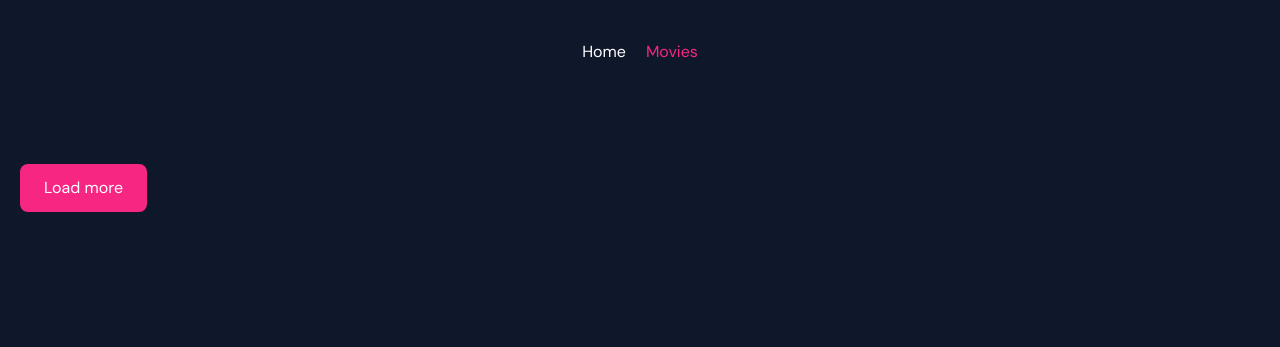
Repository: thanhdinh01/simple-movie
Page: /movies
An editor plug-in stored every save of this project. The page is shown before and after the next save, followed by the edit.
The browser window is 1280 px wide. The pictures show the whole page.
The page's requests for data from a server got no answer. The project was rebuilt for these pictures with package versions that can differ from the ones it lists, and the page was loaded fresh each time. No one was signed in, and anything a server would have sent is missing. Also part of the build but not shown: src/components/banner/Banner.js.

Above is the page before, as saved 2023-03-09 12:13:59.

### public/index.html
<!DOCTYPE html>
<html lang="en">
  <head>
    <meta charset="utf-8" />
    <link rel="icon" href="%PUBLIC_URL%/favicon.ico" />
    <meta name="viewport" content="width=device-width, initial-scale=1" />
    <meta name="theme-color" content="#000000" />
    <meta
      name="description"
      content="Web site created using create-react-app"
    />
    <link rel="apple-touch-icon" href="%PUBLIC_URL%/logo192.png" />
    <!--
      manifest.json provides metadata used when your web app is installed on a
      user's mobile device or desktop. See https://developers.google.com/web/fundamentals/web-app-manifest/
    -->
    <link rel="manifest" href="%PUBLIC_URL%/manifest.json" />
    <link rel="preconnect" href="https://fonts.googleapis.com" />
    <link rel="preconnect" href="https://fonts.gstatic.com" crossorigin />
    <link
      href="https://fonts.googleapis.com/css2?family=DM+Sans:wght@400;500;700&display=swap"
      rel="stylesheet"
    />
    <!--
      Notice the use of %PUBLIC_URL% in the tags above.
      It will be replaced with the URL of the `public` folder during the build.
      Only files inside the `public` folder can be referenced from the HTML.

      Unlike "/favicon.ico" or "favicon.ico", "%PUBLIC_URL%/favicon.ico" will
      work correctly both with client-side routing and a non-root public URL.
      Learn how to configure a non-root public URL by running `npm run build`.
    -->
    <title>React App</title>
  </head>
  <body>
    <noscript>You need to enable JavaScript to run this app.</noscript>
    <div id="root"></div>
    <!--
      This HTML file is a template.
      If you open it directly in the browser, you will see an empty page.

      You can add webfonts, meta tags, or analytics to this file.
      The build step will place the bundled scripts into the <body> tag.

      To begin the development, run `npm start` or `yarn start`.
      To create a production bundle, use `npm run build` or `yarn build`.
    -->
  </body>
</html>

### src/index.scss
@tailwind base;
@tailwind components;
@tailwind utilities;

@layer base {
  body {
    @apply bg-slate-900 font-thanh px-5 text-white;
  }
}

@layer components {
  .page-container {
    max-width: 1280px;
    @apply mx-auto;
  }

  .movie-list .swiper-slide {
    width: 300px;
    height: auto;
  }

  .banner .swiper {
    height: 100%;
  }

  .pagination {
    display: flex;
    justify-content: center;
    align-items: center;
    gap: 20px;
    .selected {
      @apply text-primary;
    }
  }

  .skeleton {
    cursor: progress;
    background: linear-gradient(0.25turn, transparent, #fff, transparent),
      linear-gradient(#eee, #eee),
      radial-gradient(38px circle at 19px 19px, #eee 50%, transparent 51%),
      linear-gradient(#eee, #eee);
    background-repeat: no-repeat;
    background-position: -315px 0, 0 0, 0px 190px, 50px 195px;
    animation: loading 1.5s infinite;
  }
  @keyframes loading {
    to {
      background-position: 315px 0, 0 0, 0 190px, 50px 195px;
    }
  }
}

### src/App.js
import { Fragment, React, lazy, Suspense } from "react";
import "swiper/scss";
import Banner from "./components/banner/Banner";
import { Route, Routes } from "react-router-dom";
import Main from "./components/layout/Main";
// import HomePage from "./pages/HomePage";
// import MoviePage from "./pages/MoviePage";
// import MovieDetailPage from "./pages/MovieDetailPage";
const HomePage = lazy(() => import("./pages/HomePage"));
const MoviePageLoadmore = lazy(() => import("./pages/MoviePageLoadmore"));
const MovieDetailPage = lazy(() => import("./pages/MovieDetailPage"));

function App() {
  return (
    <Fragment>
      <Suspense fallback={<div>Loading...</div>}>
        <Routes>
          <Route element={<Main></Main>}>
            <Route
              path="/"
              element={
                <>
                  <Banner></Banner>
                  <HomePage></HomePage>
                </>
              }
            ></Route>
            <Route
              path="/movies"
              element={<MoviePageLoadmore></MoviePageLoadmore>}
            ></Route>
            <Route
              path="/movie/:movieId"
              element={<MovieDetailPage></MovieDetailPage>}
            ></Route>
          </Route>
        </Routes>
      </Suspense>
    </Fragment>
  );
}

export default App;

### src/components/layout/Main.js
import React, { Fragment } from "react";
import { Outlet } from "react-router";
import Header from "./Header";

const Main = () => {
  return (
    <Fragment>
      <Header></Header>
      <Outlet></Outlet>
    </Fragment>
  );
};

export default Main;

### src/pages/MoviePageLoadmore.js
import React, { useEffect, useState } from "react";
import { fetcher, tmdbBase } from "../config";
import useSWR from "swr";
import MovieCard, { SkeletonLoading } from "../components/movie/MovieCard";
import useDebounce from "../hooks/useDebounce";
import ReactPaginate from "react-paginate";
import { v4 as uuidV4 } from "uuid";
import useSWRInfinite from "swr/infinite";
import Button from "../components/button/Button";

const itemsPerPage = 20;

const MoviePageLoadmore = () => {
  const [filter, setFilter] = useState("");
  const [nextPage, setNextPage] = useState(1);
  const [url, setUrl] = useState(tmdbBase.apiMovieList("popular"));
  let debounceValue = useDebounce(filter, 500);

  // const { data, error } = useSWR(url, fetcher);
  const { data, error, size, setSize } = useSWRInfinite(
    (index) => url.replace("page=1", `page=${index + 1}`),
    fetcher
  );
  console.log("data", data);
  const movies = data
    ? data.reduce((a, b) => {
        return a.concat(b.results);
      }, [])
    : [];
  console.log("movies", movies);

  useEffect(() => {
    if (debounceValue) {
      setUrl(
        `https://api.themoviedb.org/3/search/movie?api_key=3ebac7519711ebbec5fcfb8abd2d5d99&query=${debounceValue}&page=${nextPage}`
      );
    } else {
      setUrl(tmdbBase.apiMovieList("popular", nextPage));
    }
  }, [debounceValue, nextPage]);

  const [valueInput, setValueInput] = useState("");
  const handleChangeSearch = (e) => {
    console.log("value:", e.target.value);
    // setFilter(e.target.value);
    setValueInput(e.target.value);
  };

  const handleClickSearch = (e) => {
    e.preventDefault();
    console.log("click:", valueInput);
    setFilter(valueInput);
  };

  const loading = !data && !error;

  // if (!data) return null;
  return (
    <div className="page-container py-10">
      {/* <form className="flex mb-10">
        <div className="flex-1">
          <input
            type="text"
            placeholder="Type here to search ..."
            className="w-full outline-none bg-slate-800 p-4 text-white"
            onChange={handleChangeSearch}
          />
        </div>
        <button
          type="submit"
          className="p-4 bg-primary text-white"
          onClick={handleClickSearch}
        >
          <svg
            xmlns="http://www.w3.org/2000/svg"
            fill="none"
            viewBox="0 0 24 24"
            strokeWidth="1.5"
            stroke="currentColor"
            className="w-6 h-6"
          >
            <path
              strokeLinecap="round"
              strokeLinejoin="round"
              d="M21 21l-5.197-5.197m0 0A7.5 7.5 0 105.196 5.196a7.5 7.5 0 0010.607 10.607z"
            />
          </svg>
        </button>
      </form>
      {loading && (
        <>
          <div className="flex justify-center items-center mx-auto h-10 w-10 rounded-full border-8 border-primary border-t-transparent animate-spin"></div>
          <div className="grid grid-cols-4 gap-10 text-white mt-10">
            {new Array(itemsPerPage).fill(0).map((item) => (
              <SkeletonLoading key={uuidV4()}></SkeletonLoading>
            ))}
          </div>
        </>
      )}
      {!loading && (
        <div className="grid grid-cols-4 gap-10 text-white mt-10">
          {movies?.length > 0 &&
            movies.map((item) => (
              <MovieCard key={item.id} item={item}></MovieCard>
            ))}
        </div>
      )} */}

      {/* Load more code below */}
      <Button onClick={() => setSize(size + 1)}>Load more</Button>
    </div>
  );
};

export default MoviePageLoadmore;

### src/config.js
export const fetcher = (...args) => fetch(...args).then((res) => res.json());
export const apiKey = "3ebac7519711ebbec5fcfb8abd2d5d99";

export const tmdbBase = {
  apiMovieList: (type, page = 1) =>
    `https://api.themoviedb.org/3/movie/${type}?api_key=${apiKey}&page=${page}`,

  apiMovieId: (movieId) =>
    `https://api.themoviedb.org/3/movie/${movieId}?api_key=${apiKey}`,

  apiMovieMeta: (movieId, type) =>
    `https://api.themoviedb.org/3/movie/${movieId}/${type}?api_key=${apiKey}`,

  apiImage: (sizeImage, pathImage) =>
    `https://image.tmdb.org/t/p/${sizeImage}/${pathImage}`,
};
//https://api.themoviedb.org/3/movie/${movieId}?api_key=${apiKey}

### src/components/button/Button.js
import React from "react";

const Button = ({
  onClick,
  children,
  className = "",
  bgColor = "primary",
  full = false,
}) => {
  let bgClassName = "bg-primary";
  switch (bgColor) {
    case "primary":
      bgClassName = "bg-primary";
      break;
    case "secondary":
      bgClassName = "bg-second";
      break;
    default:
      break;
  }
  return (
    <button
      className={`py-3 px-6 ${
        full ? "w-full" : ""
      } ${bgClassName} rounded-lg mt-auto ${className}`}
      onClick={onClick}
    >
      {children}
    </button>
  );
};

export default Button;

### src/components/layout/Header.js
import React from "react";
import { NavLink } from "react-router-dom";

const Header = () => {
  return (
    <header className="header flex items-center justify-center gap-x-5 py-10 mb-5 text-white">
      <NavLink
        to="/"
        className={({ isActive }) => (isActive ? "text-primary" : "text-white")}
      >
        Home
      </NavLink>
      <NavLink
        to="/movies"
        className={({ isActive }) => (isActive ? "text-primary" : "text-white")}
      >
        Movies
      </NavLink>
    </header>
  );
};

export default Header;

### src/hooks/useDebounce.js
import { useEffect, useState } from "react";

export default function useDebounce(value = "", delay = 1000) {
  const [debouncedValue, setDebouncedValue] = useState(value);

  useEffect(() => {
    const timer = setTimeout(() => setDebouncedValue(value), delay || 500);

    return () => {
      clearTimeout(timer);
    };
  }, [value, delay]);

  return debouncedValue;
}

### tailwind.config.js
/** @type {import('tailwindcss').Config} */
module.exports = {
  content: ["./src/**/*.{js,jsx,ts,tsx}"],
  theme: {
    extend: {
      fontFamily: {
        thanh: ["DM sans", "sans-serif"],
      },
      colors: {
        primary: "#F62682",
        second: "#5f27cd",
      },
    },
  },
  plugins: [],
};

### src/components/movie/MovieCard.js
import React from "react";
import { useNavigate } from "react-router-dom";
import Button from "../button/Button";
import PropTypes from "prop-types";
import Skeleton from "../loading/Skeleton";

const MovieCard = ({ item }) => {
  const navigate = useNavigate();
  const { title, vote_average, release_date, poster_path, id } = item;
  return (
    <div className="movie-card p-3 flex flex-col rounded-lg bg-slate-800 select-none h-full">
      <img
        src={`https://image.tmdb.org/t/p/w500/${poster_path}`}
        alt=""
        className="w-full h-[250px] object-cover rounded-lg mb-5"
      />
      <div className="flex flex-col flex-1">
        <h3 className="text-xl font-bold mb-5">{title}</h3>
        <div className="flex items-center justify-between opacity-50 mb-5">
          <span className="">{new Date(release_date).getFullYear()}</span>
          <span className="">{vote_average}</span>
        </div>
        <Button onClick={() => navigate(`/movie/${id}`)} bgColor="secondary">
          Watch now
        </Button>
      </div>
    </div>
  );
};

export const SkeletonLoading = () => {
  return (
    <div className="movie-card p-3 flex flex-col rounded-lg bg-slate-800 select-none h-full">
      <Skeleton height="250px" radius="8px"></Skeleton>
      <div className="flex flex-col flex-1 mt-5">
        <h3>
          <Skeleton height="20px" radius="8px"></Skeleton>
        </h3>
        <div className="flex items-center justify-between opacity-50 my-2">
          <span>
            <Skeleton height="20px" width="30px" radius="2px"></Skeleton>
          </span>
          <span>
            <Skeleton height="20px" width="30px" radius="2px"></Skeleton>
          </span>
        </div>
        <Skeleton height="40px" radius="8px"></Skeleton>
      </div>
    </div>
  );
};

MovieCard.propTypes = {
  item: PropTypes.shape({
    title: PropTypes.string,
    vote_average: PropTypes.number,
    release_date: PropTypes.string,
    poster_path: PropTypes.string,
    id: PropTypes.number,
  }),
};

export default MovieCard;

### src/components/loading/Skeleton.js
import React from "react";

const Skeleton = (props) => {
  return (
    <div
      style={{
        width: props.width || "100%",
        height: props.height,
        borderRadius: props.radius,
      }}
      className="skeleton"
    ></div>
  );
};

export default Skeleton;

Loaded but not shown: src/index.js (common file); src/reportWebVitals.js (common file)

After the next save:
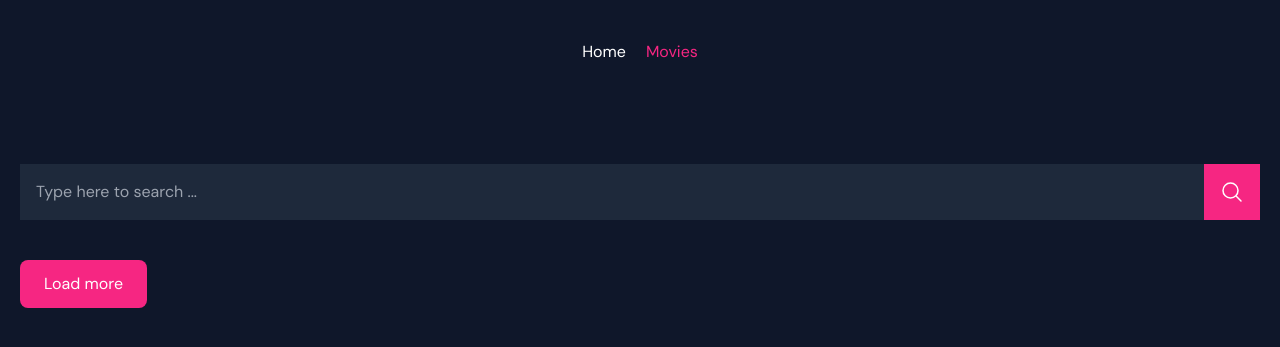
Saved 26 s later.
--- a/src/pages/MoviePageLoadmore.js
+++ b/src/pages/MoviePageLoadmore.js
@@ -57,7 +57,7 @@ const MoviePageLoadmore = () => {
   // if (!data) return null;
   return (
     <div className="page-container py-10">
-      {/* <form className="flex mb-10">
+      <form className="flex mb-10">
         <div className="flex-1">
           <input
             type="text"
@@ -104,10 +104,12 @@ const MoviePageLoadmore = () => {
               <MovieCard key={item.id} item={item}></MovieCard>
             ))}
         </div>
-      )} */}
+      )}
 
       {/* Load more code below */}
-      <Button onClick={() => setSize(size + 1)}>Load more</Button>
+      <Button className="text-center mt-10" onClick={() => setSize(size + 1)}>
+        Load more
+      </Button>
     </div>
   );
 };
